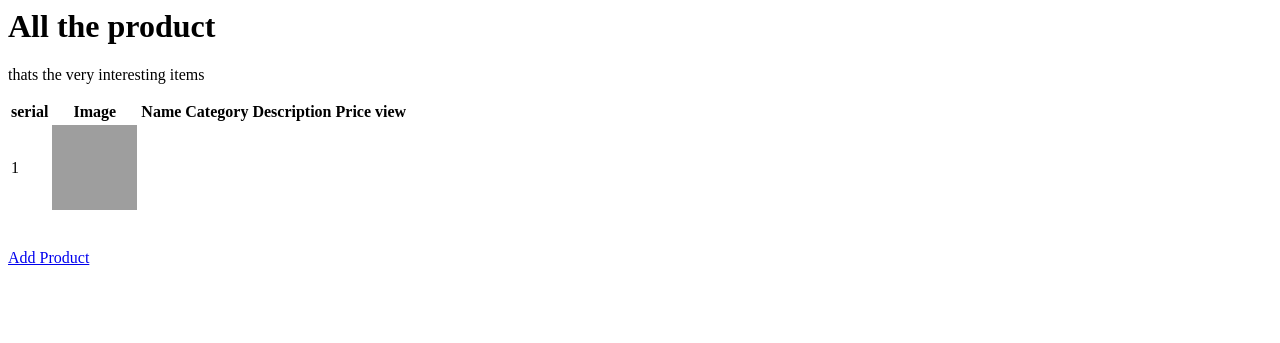
Repository: sanjeevkdp/workspace
Page: http://localhost/WebProject/WEB-INF/views/admin/adminAddProductList.jsp
The author's editor kept a copy of each file at every save. The page is drawn from the files as they stood at one save, then again after the next save.
The browser window is 1280 px wide. The pictures show the whole page.
Pictures or frames that could not be fetched are drawn as grey boxes. The page is served by Tomcat 9. Nobody is signed in. The template is opened directly, without the code that normally fills it, so the values that code supplies are empty.

Above is the page before, as saved 2016-08-20 06:58:15.

After the next save:
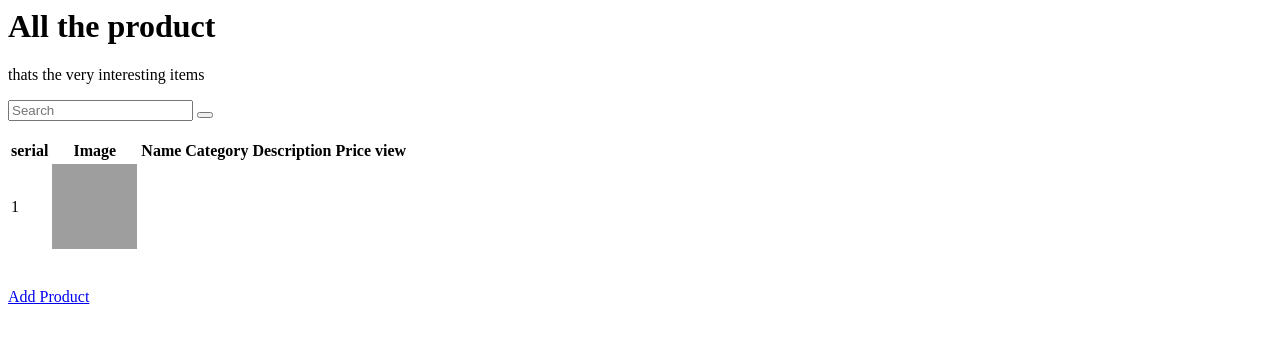
Saved 2 min 17 s later.
--- a/workspace/org.eclipse.wst.server.core/tmp0/wtpwebapps/WebProjectFrontEnd/META-INF/maven/com.niit/WebProject/src/main/webapp/WEB-INF/views/admin/adminAddProductList.jsp
+++ b/workspace/org.eclipse.wst.server.core/tmp0/wtpwebapps/WebProjectFrontEnd/META-INF/maven/com.niit/WebProject/src/main/webapp/WEB-INF/views/admin/adminAddProductList.jsp
@@ -9,6 +9,18 @@
 			%>
 			<h1>All the product</h1>
 			<p class="lead">thats the very interesting items</p>
+			<div id="custom-search-input">
+                            <div class="input-group col-md-12">
+                                <input type="text" class="  search-query form-control" placeholder="Search" />
+                                <span class="input-group-btn">
+                                    <button class="btn btn-danger" type="button">
+                                        <span class="fa fa-search"></span>
+                                    </button>
+                                </span>
+                            </div>
+                        </div>
+
+			 <br>
 			<table class="table table-striped table-hover">
 				<thead>
 					<tr class="bg-success">
